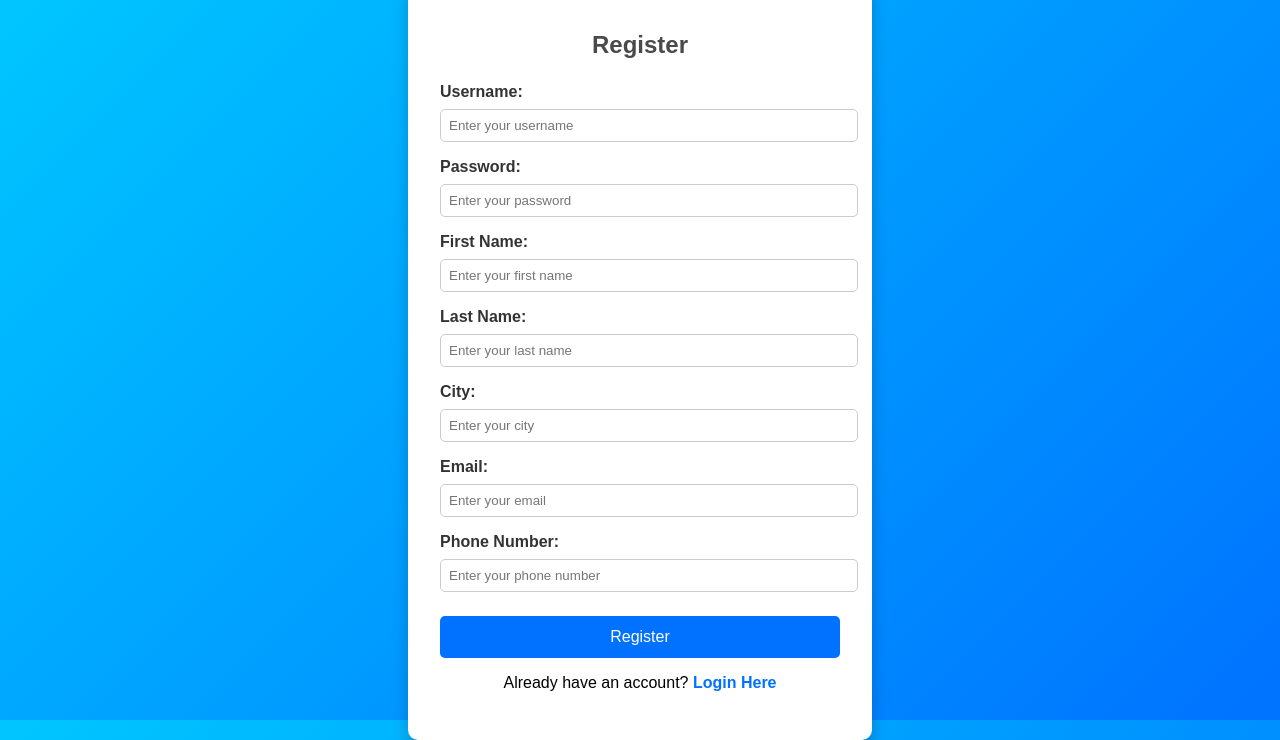
Repository: VASADUNESH/ADV_JAVA-JDBC-SERVLET-JSP
Page: UserApp/src/main/webapp/register.html
An editor plug-in stored every save of this project. The page is shown before and after the next save, followed by the edit.
The browser window is 1280 px wide. The pictures show the whole page.

Above is the page before, as saved 2025-02-07 06:27:34.

After the next save:
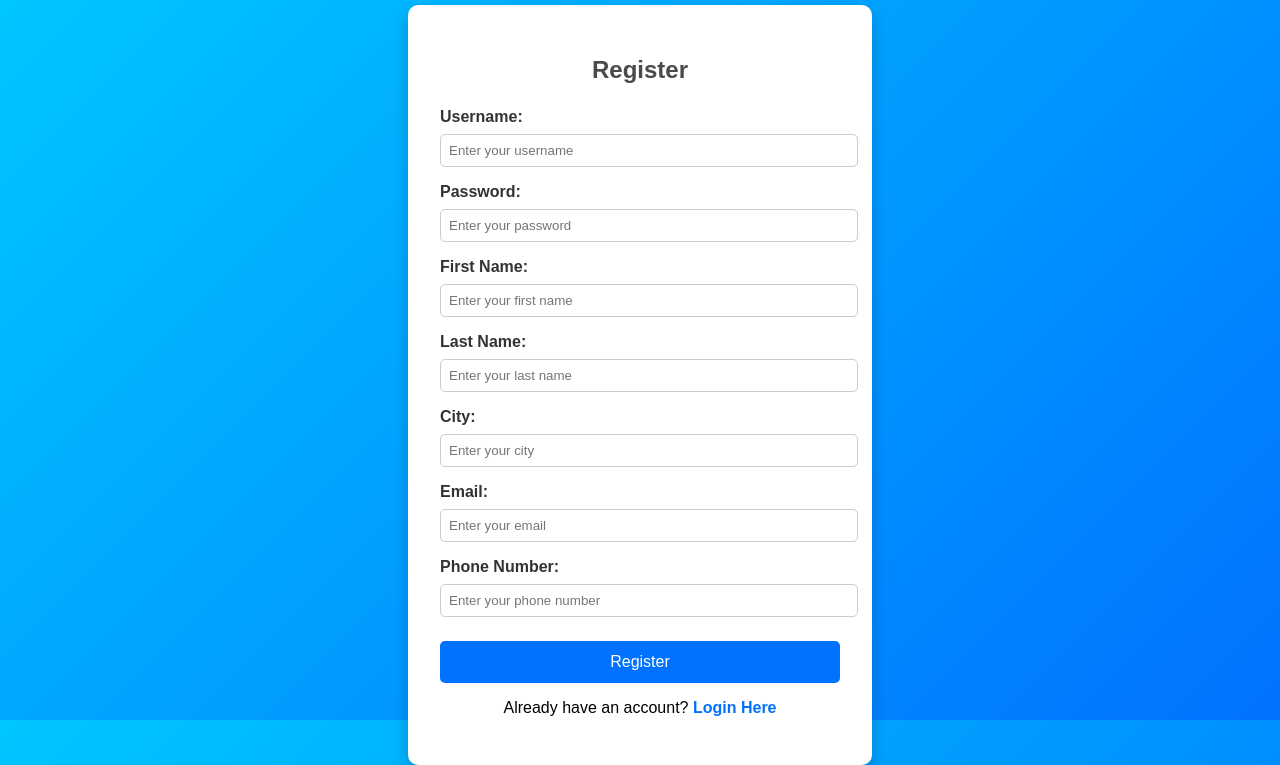
Saved 43 s later.
--- a/UserApp/src/main/webapp/reg.css
+++ b/UserApp/src/main/webapp/reg.css
@@ -15,7 +15,7 @@ body {
     box-shadow: 0 8px 16px rgba(0, 0, 0, 0.2);
     max-width: 400px;
     width: 100%;
-    margin:50px;
+    margin-top:50px;
 }
 
 .register-form h2 {
